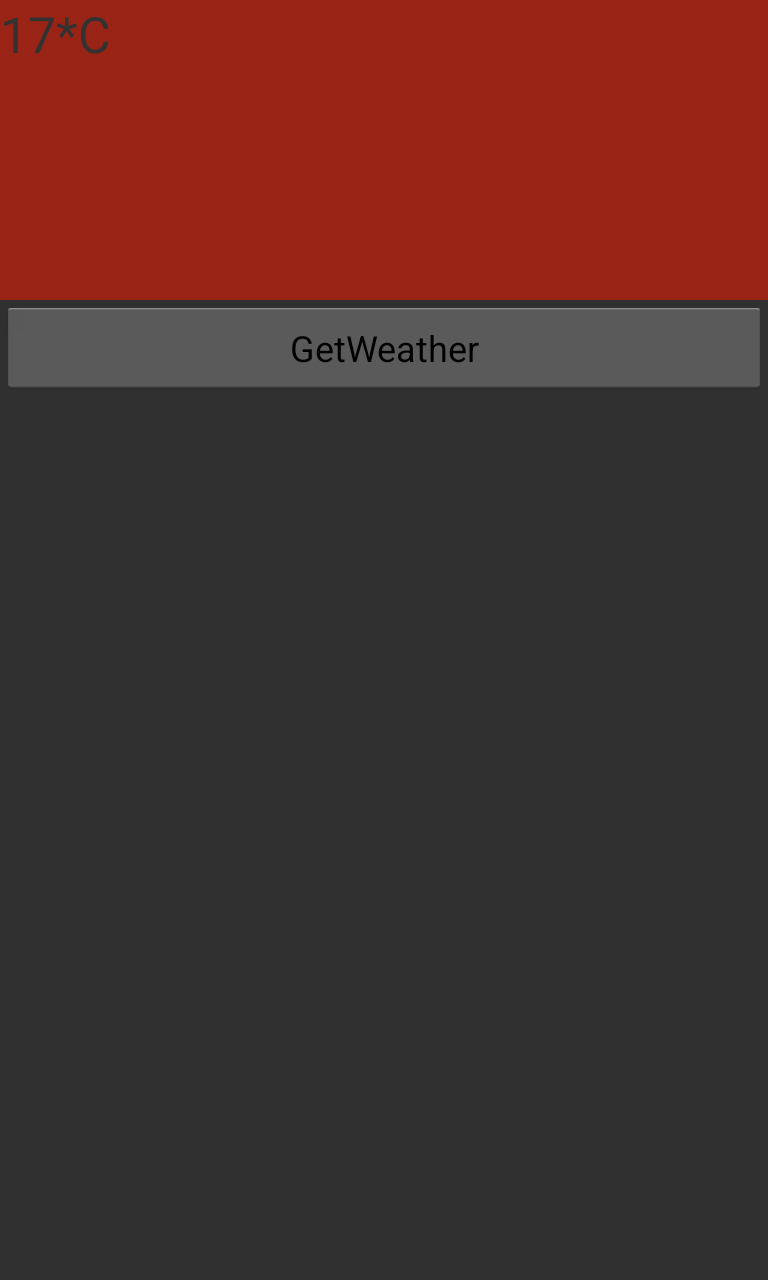
Repository: randhika/WeatherApp
Layout: WeatherApp/res/layout/home_fragment_layout.xml
The author's editor kept a copy of each file at every save. The layout is drawn from the files as they stood at one save, then again after the next save.
It is drawn on a 768 x 1280 px phone screen (xhdpi) without system bars, with theme AppTheme; the app's code is not run.

Above is the layout before, as saved 2014-04-27 10:39:31.

### WeatherApp/res/layout/home_fragment_layout.xml
<?xml version="1.0" encoding="utf-8"?>
<LinearLayout xmlns:android="http://schemas.android.com/apk/res/android"
    android:layout_width="match_parent"
    android:layout_height="match_parent"
    android:background="@color/list_background"
    android:orientation="vertical" >

    <LinearLayout
        android:layout_width="match_parent"
        android:layout_height="150dp"
        android:background="@color/list_background_pressed"
        android:orientation="vertical" >

        <TextView
            android:id="@+id/tv_temperature"
            android:layout_width="match_parent"
            android:layout_height="0dp"
            android:textSize="25sp"
            android:layout_gravity="center_vertical"
            android:text="17*C"
            android:layout_weight="0.3" />

        <TextView
            android:id="@+id/tv_weather_stat"
            android:layout_width="match_parent"
            android:layout_height="0dp"
            android:textSize="18sp"
            android:layout_gravity="center_vertical"
            android:layout_weight="0.1" />

        <TextView
            android:id="@+id/tv_current_city"
            android:layout_width="match_parent"
            android:layout_height="0dp"
            android:textSize="18sp"
            android:layout_gravity="center_vertical"
            android:layout_weight="0.1" />
    </LinearLayout>

    <Button
        android:id="@+id/btn_get_weather"
        android:layout_width="match_parent"
        android:layout_height="48dp"
        android:layout_gravity="center"
        android:text="GetWeather" />

</LinearLayout>

Loaded but not shown: WeatherApp/res/values/styles.xml (common file); WeatherApp/res/values-v11/styles.xml (common file); WeatherApp/res/values-v14/styles.xml (common file); WeatherApp/res/values/color.xml (common file)

After the next save:
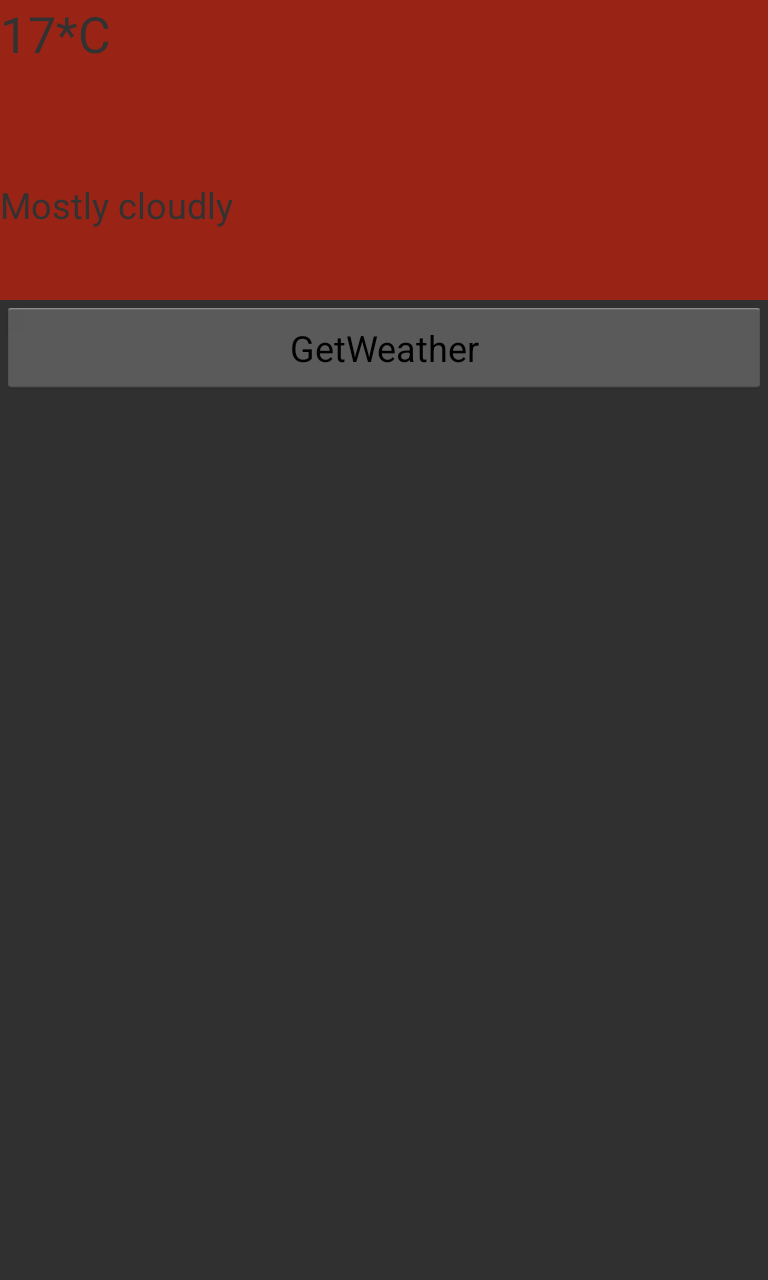
Saved 9 s later.
--- a/WeatherApp/res/layout/home_fragment_layout.xml
+++ b/WeatherApp/res/layout/home_fragment_layout.xml
@@ -26,6 +26,7 @@
             android:layout_height="0dp"
             android:textSize="18sp"
             android:layout_gravity="center_vertical"
+            android:text="Mostly cloudly"
             android:layout_weight="0.1" />
 
         <TextView
